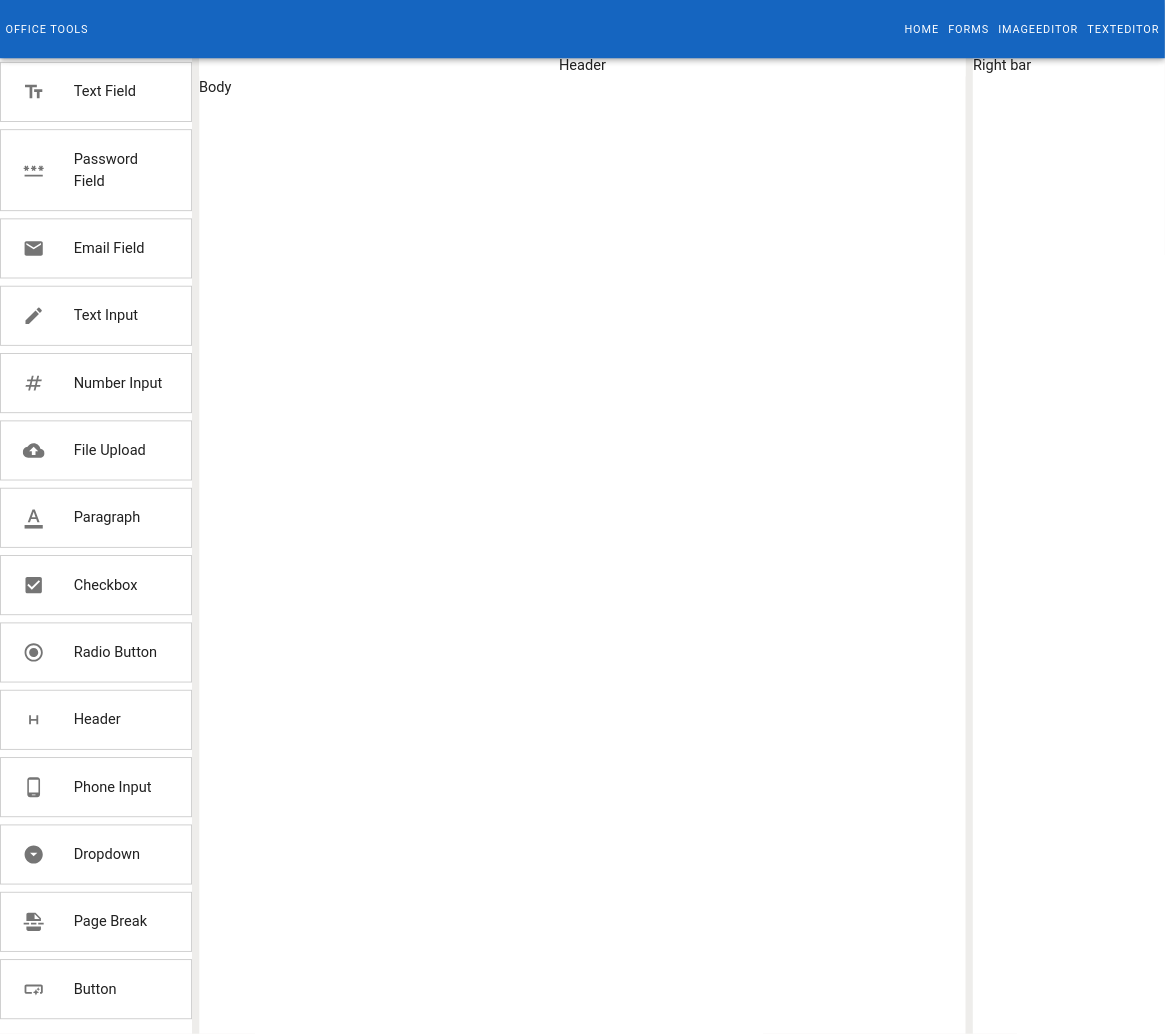
Repository: Vijay-Singh1/office-tools
Page: /form-builder/Create-Form
An editor plug-in stored every save of this project. The page is shown before and after the next save, followed by the edit.
The browser window is 1280 px wide. The pictures show the whole page, at 91% of full size.
The project was rebuilt for these pictures with package versions that can differ from the ones it lists, and the page was loaded fresh each time. Also part of the build but not shown: vite.config.ts, src/FormBuilderApp/src/pages/FormBuilderHome.tsx, src/FormBuilderApp/src/pages/OpenForms.tsx, src/App.css, src/components/common/sidebar/Sidebar.tsx, src/ImageEditor/src/pages/ImageEditorHome.tsx, src/ImageEditor/src/pages/CreateImage.tsx, src/DocsEditor/src/pages/DocsEditorHome.tsx and 1 more.

Above is the page before, as saved 2024-09-13 22:04:17.

### index.html
<!doctype html>
<html lang="en">
  <head>
    <meta charset="UTF-8" />
    <link rel="icon" type="image/svg+xml" href="/vite.svg" />
    <meta name="viewport" content="width=device-width, initial-scale=1.0" />
    <title>Office Tools</title>
  </head>
  <body>
    <div id="root"></div>
    <script type="module" src="/src/main.tsx"></script>
  </body>
</html>

### src/main.tsx
import { StrictMode } from 'react'
import { createRoot } from 'react-dom/client'
import App from './App.tsx'
import './index.css'// Import Tailwind CSS
import { ThemeProvider } from '@mui/material/styles';
import CssBaseline from '@mui/material/CssBaseline';
import theme from "./appTheme/appTheme.ts"
import AppRoutes from './routes.js';
createRoot(document.getElementById('root')!).render(
  <StrictMode>
    <ThemeProvider theme={theme}>
    <CssBaseline />
    <AppRoutes />
    </ThemeProvider>
  </StrictMode>,
)

### src/appTheme/appTheme.ts
// src/theme/theme.js

import { createTheme } from '@mui/material/styles';
import { blue,  red, orange, green, grey } from '@mui/material/colors';

const theme = createTheme({
  palette: {
    primary: {
      light: blue[300], // Light shade for hover effects, etc.
      main: blue[600],  // Main primary color
      dark: blue[800],  // Dark shade for contrast
      contrastText: '#ffffff',
    },
    secondary: {
      light: blue[200], // Light blue as a secondary color
      main: blue[400],  // A mid-range blue for secondary actions
      dark: blue[700],  // Darker shade for emphasis
      contrastText: '#ffffff',
    },
    error: {
      main: red[500],
    },
    warning: {
      main: orange[500],
    },
    info: {
      main: blue[300],
    },
    success: {
      main: green[500],
    },
    background: {
      default: '#ffffff',
      paper: blue[50], // Very light blue background for paper components
    },
    text: {
      primary: grey[900],
      secondary: blue[800], // Dark blue text for secondary elements
    },
    action: {
      hover: blue[100], // Light blue on hover
      selected: blue[50], // Even lighter blue when an item is selected
      disabledBackground: blue[50], // Light blue background for disabled items
      disabled: grey[400], // Disabled text color
    },
    divider: blue[100], // Light blue for dividers and borders
  },
  typography: {
    fontFamily: 'Roboto, Arial, sans-serif',
    h1: {
      fontWeight: 700,
      color: blue[800], // Dark blue for headings
    },
    h2: {
      fontWeight: 700,
      color: blue[700], // Slightly lighter for sub-headings
    },
    subtitle1: {
      fontSize: 12,
      letterSpacing : "1px"
    },
  },
  spacing :[0,2,4,6,8,10],
  components: {
    MuiButton: {
      styleOverrides: {
        root: {
          borderRadius: 8,
          '&:hover': {
            backgroundColor: blue[700], // Darker blue on hover
          },
        },
      },
    },
    MuiAppBar: {
      styleOverrides: {
        colorPrimary: {
          backgroundColor: blue[800], // Darker shade for AppBar
        },
      },
    },
    MuiPaper: {
      styleOverrides: {
        root: {
          backgroundColor: blue[50], // Very light blue for paper components
        },
      },
    },
    // Add more component customizations as needed
  },
});

export default theme;

### src/routes.tsx
import React from 'react';
import { createBrowserRouter, RouterProvider } from 'react-router-dom';
import { formBuilderRoutes } from './FormBuilderApp/src/formBuilderRoutes';
import App from './App';
import { imageEditorRoutes } from './ImageEditor/src/ImageEditorRoutes';
import { docsEditorRoutes } from './DocsEditor/src/docsEditorRoutes';

// Combine routes from different modules
const router = createBrowserRouter([
  {
    path: '/',
    element: <App />,
    children: [
      ...formBuilderRoutes,
      ...imageEditorRoutes,
      ...docsEditorRoutes
      // Add other module routes here
    ],
  },
]);

const AppRoutes: React.FC = () => {
  return <RouterProvider router={router} />;
};

export default AppRoutes;

### src/FormBuilderApp/src/formBuilderRoutes.tsx
import React from 'react';
import { RouteObject } from 'react-router-dom';
import FormBuilderHome from './pages/FormBuilderHome';
import CreateForm from './pages/CreateForm';
import OpenForms from './pages/OpenForms';
import FormBuilderMain from './pages/FormBuilderMain';


export const formBuilderRoutes: RouteObject[] = [
  {
    path: 'form-builder',
    element: < FormBuilderMain/>,
    children: [
      {
        path: '/form-builder',
        element: <FormBuilderHome />,
      },
      {
        path: '/form-builder/Create-Form',
        element: <CreateForm />,
      },
      {
        path: '/form-builder/Open-Form',
        element: <OpenForms />,
      },
    ],
  },
];

### src/App.tsx
import { Outlet } from "react-router-dom";
import "./App.css";
import Sidebar from "./components/common/appBar/sidebar/Sidebar";
import { AppBar, Box, IconButton, Stack, Toolbar, Typography,   } from "@mui/material";
import MenuIcon from '@mui/icons-material/Menu';
import Appbar from "./components/common/appBar/Appbar";
import {DndContext} from '@dnd-kit/core';
const App: React.FC = () => {

  return (
    <DndContext>
      <Stack direction="column" bgcolor = "#EEEDEB">
        <Appbar/>
      <Box>
        <Outlet />
      </Box>
      </Stack>
      </DndContext>

  );
};

export default App;

### src/ImageEditor/src/ImageEditorRoutes.tsx
import React from 'react';
import { RouteObject } from 'react-router-dom';
import ImageEditorMain from './pages/ImageEditorMain';
import ImageEditorHome from './pages/ImageEditorHome';
import CreateImage from './pages/CreateImage';


export const imageEditorRoutes: RouteObject[] = [
  {
    path: 'image-editor',
    element: < ImageEditorMain/>,
    children: [
      {
        path: '/image-editor',
        element: <ImageEditorHome />,
      },
      {
        path: '/image-editor/Create-Image',
        element: <CreateImage />,
      },

    ],
  },
];

### src/DocsEditor/src/docsEditorRoutes.tsx
import React from 'react';
import { RouteObject } from 'react-router-dom';
import DocsEditorMain from './pages/DocsEditorMain';
import DocsEditorHome from './pages/DocsEditorHome';
import CreateDocs from './pages/CreateDocs';


export const docsEditorRoutes: RouteObject[] = [
  {
    path: '/docs-editor',
    element: < DocsEditorMain/>,
    children: [
      {
        path: '/docs-editor',
        element: <DocsEditorHome />,
      },
      {
        path: '/docs-editor/Create-docs',
        element: <CreateDocs />,
      },

    ],
  },
];

### src/FormBuilderApp/src/pages/CreateForm.tsx

import Box from '@mui/material/Box';
import React from 'react'
import { Stack } from '@mui/material';
import FormSidebar from '../components/sidebar/Sidebar';
import CenterComponent from '../components/centerComponent/centerComponent';
import RightBar from '../components/RightBar/RightBar';



const CreateForm : React.FC = () => {
  return (
    <Box  flex ={1}    >
      <Stack direction="row" spacing={4}  justifyContent={"space-between"} minHeight="calc(100vh - 60px)">
      <FormSidebar/>
      <CenterComponent/>
      <RightBar/>
</Stack>
    </Box>
  )
}

export default CreateForm

### src/FormBuilderApp/src/pages/FormBuilderMain.tsx
import { Box, Stack } from '@mui/material'
import { Outlet } from 'react-router-dom'



const FormBuilderMain = () => {
  return (
      <Box width={"100%"} >
        <Stack direction="row" spacing={2}>
            <Outlet />
          </Stack>
          </Box>
  )
}

export default FormBuilderMain

### src/components/common/appBar/Appbar.tsx
import { AppBar, Box, styled, Toolbar, Typography } from '@mui/material'
import React from 'react'
import HomeRepairServiceIcon from '@mui/icons-material/HomeRepairService';
import { NavLink } from 'react-router-dom';

const StyledToolBar = styled(Toolbar)({
    display : "flex",
    justifyContent : "space-between"
})

const NavItems = styled(Box)(({theme}) =>({
    color : theme.palette.primary.contrastText,
    display: "flex",
    // border : "1px solid red",
    gap: theme.spacing(5)
}))

const StyledNavLink = styled(NavLink)(({theme})=>({
    width : "40%",
    color : theme.palette.primary.contrastText,
    textDecoration : "none",


}))

const Appbar = () => {
  return (
    <Box sx={{ flexGrow: 1 }} height={"60px"} position="sticky" top={0} zIndex={1000}>
    <AppBar position='static' >
        <StyledToolBar>
        <Typography variant='subtitle1' sx={{display : {sm : "block", xs : "none"}}}>OFFICE TOOLS</Typography>
            <HomeRepairServiceIcon sx={{display : {sm : "none", xs : "block"}}}/>
            <NavItems>
            <StyledNavLink to="/"><Typography variant='subtitle1'>HOME</Typography> </StyledNavLink>
            <StyledNavLink to="/form-builder"><Typography variant='subtitle1'>FORMS</Typography></StyledNavLink>
            <StyledNavLink to="/image-editor"><Typography variant='subtitle1'>IMAGEEDITOR</Typography></StyledNavLink>
            <StyledNavLink to="/docs-editor"><Typography variant='subtitle1'>TEXTEDITOR</Typography></StyledNavLink>
        </NavItems>
        </StyledToolBar>

    </AppBar>
    </Box>
  )
}

export default Appbar

### src/ImageEditor/src/pages/ImageEditorMain.tsx
import { Home } from '@mui/icons-material'
import { Box, Stack } from '@mui/material'
import React from 'react'
import { Outlet } from 'react-router-dom'
import Sidebar from '../../../components/common/sidebar/Sidebar'


const sideBarItem = [
    {
      text :"ImageEditor",
      icon :<Home/>
    },
    {
      text :"ImageEditor",
      icon :<Home/>
    },
    {
      text :"ImageEditor",
      icon :<Home/>
    },
    {
      text :"ImageEditor",
      icon :<Home/>
    },
  ]
const ImageEditorMain = () => {
  return (
    <Box width={"100%"}>
      <Stack direction="row" spacing={2}>
        <Sidebar items ={sideBarItem}/>
          <Outlet />
        </Stack>
        </Box>
  )
}

export default ImageEditorMain

### src/DocsEditor/src/pages/DocsEditorMain.tsx
import { Box, Stack } from '@mui/material'
import React from 'react'
import Sidebar from '../../../components/common/sidebar/Sidebar'
import { Outlet } from 'react-router-dom'
import { Home } from '@mui/icons-material'


const sideBarItem = [
    {
      text :"Docs",
      icon :<Home/>
    },
    {
      text :"Docs",
      icon :<Home/>
    },
    {
      text :"Docs",
      icon :<Home/>
    },
    {
      text :"Docs",
      icon :<Home/>
    },
  ]
const DocsEditorMain = () => {
  return (
    <Box width={"100%"}>
        <Stack direction="row" spacing={2}>
          <Sidebar items ={sideBarItem}/>
            <Outlet />
          </Stack>
          </Box>
  )
}

export default DocsEditorMain

### src/FormBuilderApp/src/components/sidebar/Sidebar.tsx
import { Box, List, ListItem, ListItemButton, ListItemIcon, ListItemText, Radio } from '@mui/material'
import React from 'react'
import { ArrowDropDownCircle, CheckBox, FormatColorText, HMobiledata, Home, InsertPageBreak, PhoneAndroid, RadioButtonChecked, SmartButton } from '@mui/icons-material';
import { SidebarItem } from '../../pages/formTypes';
import TextFieldsIcon from '@mui/icons-material/TextFields';
import PasswordIcon from '@mui/icons-material/Password';
import EmailIcon from '@mui/icons-material/Email';
import CreateIcon from '@mui/icons-material/Create';
import NumbersIcon from '@mui/icons-material/Numbers';
import CloudUploadIcon from '@mui/icons-material/CloudUpload';
import {useDraggable} from '@dnd-kit/core';


const sideBarItem :SidebarItem[] = [
  {
    text :"Text Field",
    icon :<TextFieldsIcon/>
  },
  {
    text :"Password Field",
    icon :<PasswordIcon/>
  },
  {
    text :"Email Field",
    icon :<EmailIcon/>
  },
  {
    text :"Text Input",
    icon :<CreateIcon/>
  },
  {
    text :"Number Input",
    icon :<NumbersIcon/>
  },
  {
    text :"File Upload",
    icon :<CloudUploadIcon/>
  },
  {
    text :"Paragraph",
    icon :<FormatColorText/>
  },
  {
    text :"Checkbox",
    icon :<CheckBox/>
  },
  {
    text :"Radio Button",
    icon :<RadioButtonChecked/>
  },
  {
    text :"Header",
    icon :<HMobiledata/>
  },
  {
    text :"Phone Input",
    icon :<PhoneAndroid/>
  },
  {
    text :"Dropdown",
    icon :<ArrowDropDownCircle/>
  },
  {
    text :"Page Break",
    icon :<InsertPageBreak/>
  },
  {
    text :"Button",
    icon :<SmartButton/>
  },
]

const Draggable = ({ icon , text, id, label }) => {
  const { attributes, listeners, setNodeRef, transform } = useDraggable({
    id,
  });

  const style = {
    transform: `translate3d(${transform?.x}px, ${transform?.y}px, 0)`,
    padding: '8px',
    border: '1px solid #ccc',
    marginBottom: '8px',
    cursor: 'grab',
  };

  return (

      <ListItem disablePadding ref={setNodeRef} style={style} {...listeners} {...attributes} >
          <ListItemButton  component = "a" href='/form-builder'>
            <ListItemIcon>
              {icon}
            </ListItemIcon>
            <ListItemText >{text}</ListItemText>

          </ListItemButton>
        </ListItem>

  );
};


const FormSidebar:React.FC<SidebarItem> = () => {
  return (
    <Box flex={1} overflowY="scroll" bgcolor = "white">
      <List>
      {sideBarItem?.map((item, idx) =>(
        <Draggable key={idx}  icon = {item.icon}  text  = {item.text} id={idx} label="Input Field" />
      ))}
      </List>
    </Box>
  )
}

export default FormSidebar

### src/FormBuilderApp/src/components/centerComponent/centerComponent.jsx
import { Box, Stack } from '@mui/material'
import React from 'react'
import FormSidebar from '../sidebar/Sidebar'
import { Home } from '@mui/icons-material'


const CenterComponent = () => {
  return (
    <Box flex={4} bgcolor={"white"}   >
      <Stack direction={'column'} spacing={6}>
        <Box bgcolor={"white"} flex ={1} display={"flex"} justifyContent={"center"} >Header</Box>
        <Box>Body</Box>
      </Stack>
    </Box >
  )
}

export default CenterComponent

### src/FormBuilderApp/src/components/RightBar/RightBar.jsx
import { Box } from '@mui/material'
import React from 'react'

const RightBar = () => {
  return (
    <Box flex={1} bgcolor = "white">
      Right bar
    </Box>
  )
}

export default RightBar

Loaded but not shown: src/index.css (common file)

After the next save:
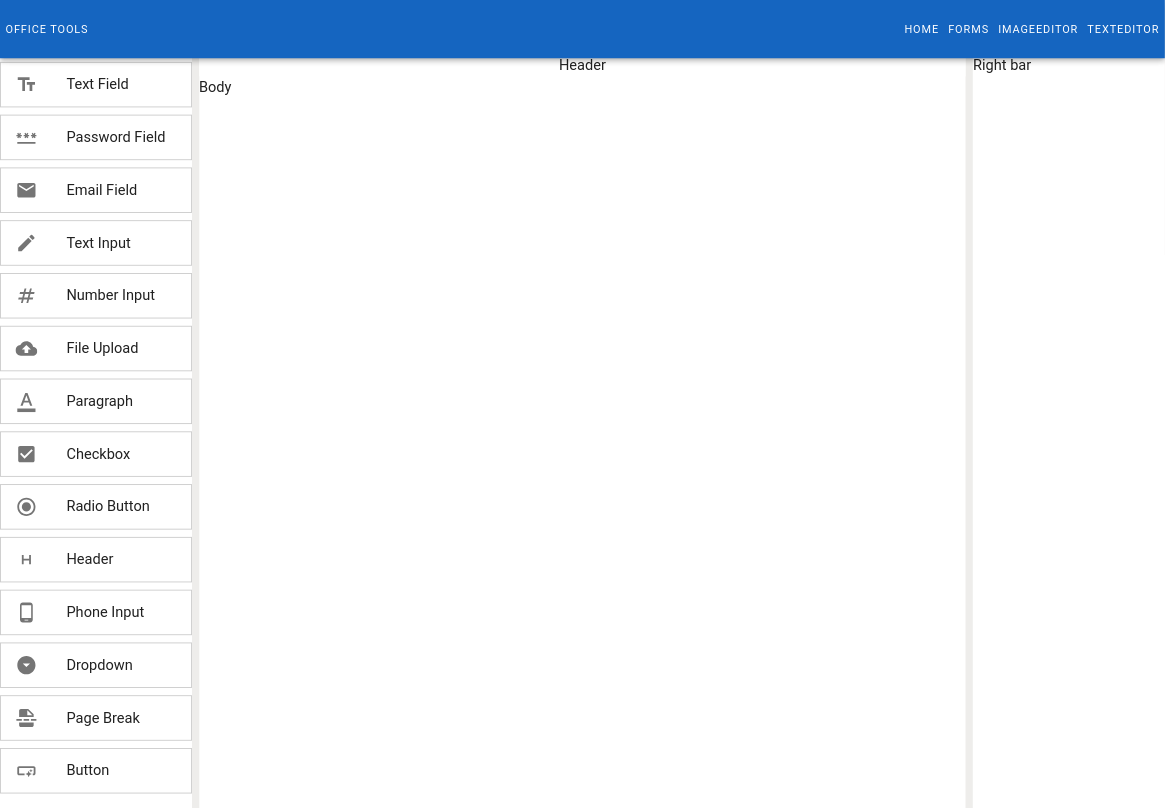
Saved 28 s later.
--- a/src/FormBuilderApp/src/components/sidebar/Sidebar.tsx
+++ b/src/FormBuilderApp/src/components/sidebar/Sidebar.tsx
@@ -77,7 +77,7 @@ const Draggable = ({ icon , text, id, label }) => {
 
   const style = {
     transform: `translate3d(${transform?.x}px, ${transform?.y}px, 0)`,
-    padding: '8px',
+    // padding: '8px',
     border: '1px solid #ccc',
     marginBottom: '8px',
     cursor: 'grab',
